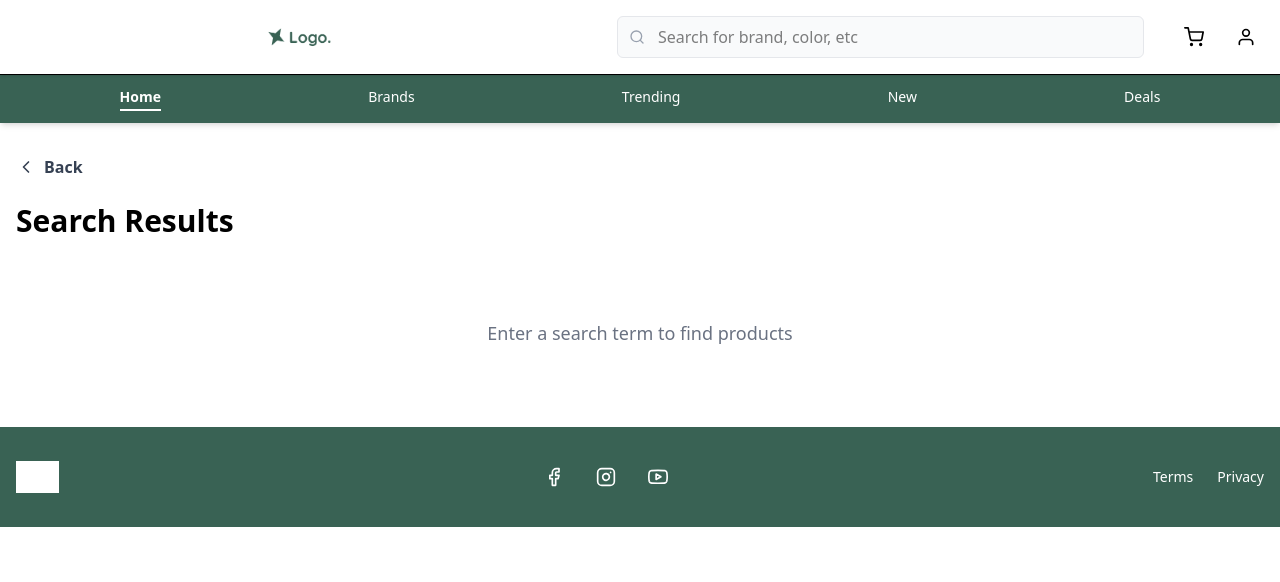
Repository: lyns184/FE-shoes_web
Page: /search
The author's editor kept a copy of each file at every save. The page is drawn from the files as they stood at one save, then again after the next save.
The browser window is 1280 px wide. The pictures show the whole page.
Pictures or frames that could not be fetched are drawn as grey boxes. The project was rebuilt for these pictures with package versions that can differ from the ones it lists, and the page was loaded fresh each time. Also part of the build but not shown: vite.config.ts, src/pages/Home/HeroCarousel.tsx, src/components/card/ProductCard.tsx, src/components/card/BrandCard.tsx, src/components/card/ReleaseCard.tsx, src/components/card/InfoCard.tsx, src/components/common/SectionHeader.tsx, src/pages/Home.tsx and 8 more.

Above is the page before, as saved 2026-01-01 20:38:21.

After the next save:
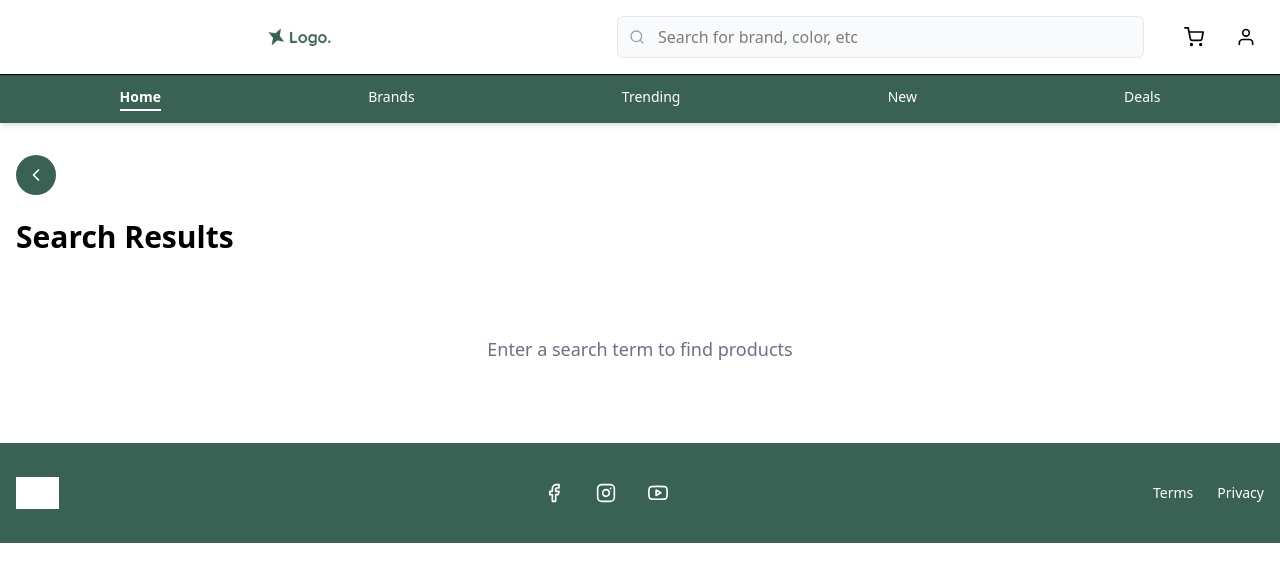
Saved 110 s later.
--- a/src/pages/Search/index.tsx
+++ b/src/pages/Search/index.tsx
@@ -38,10 +38,9 @@ export default function Search() {
         {/* Back Button */}
         <button
           onClick={() => navigate(-1)}
-          className="flex items-center gap-2 text-gray-700 hover:text-gray-900 mb-6 cursor-pointer"
+          className="mb-6 flex items-center justify-center w-10 h-10 rounded-full bg-[#396254] hover:bg-[#2d4d3f] transition-colors cursor-pointer"
         >
-          <FiChevronLeft className="h-5 w-5" />
-          <span className="font-semibold">Back</span>
+          <FiChevronLeft className="h-5 w-5 text-white" />
         </button>
 
         {/* Search Header */}
